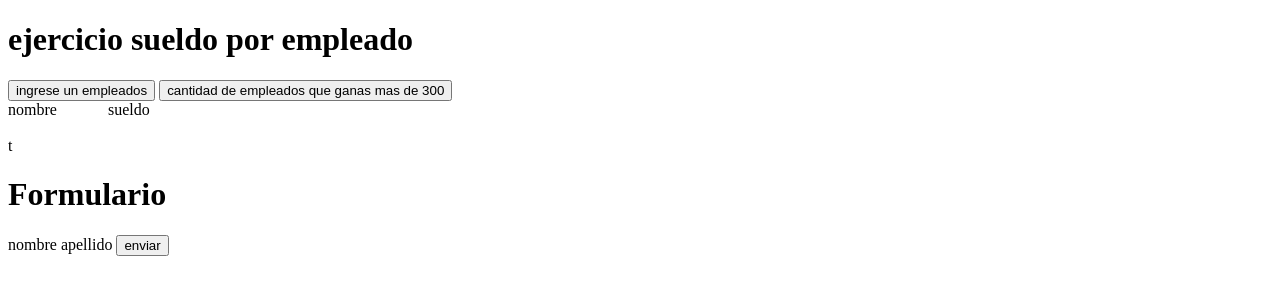
Repository: wolfmarcos/Ej-FormSesionEmpleados
Page: sueldoempleado.html
These files come from the project's save history. The page is drawn as it stood at one moment and after the next save; the edit follows.
The browser window is 1280 px wide. The pictures show the whole page.

Above is the page before, as saved 2022-07-26 12:08:55.

### sueldoempleado.html
<!DOCTYPE html>
<html lang="en">
<head>
    <meta charset="UTF-8">
    <meta http-equiv="X-UA-Compatible" content="IE=edge">
    <meta name="viewport" content="width=device-width, initial-scale=1.0">
    <link rel="stylesheet" href="ej1.css">
    <title>Document</title>
</head>
<body>
    <h1>ejercicio sueldo por empleado</h1>
    <button id="agregarHTML">ingrese un empleados</button>

    <button id="empleadosMas300">cantidad de empleados que ganas mas de 300 </button>

    <div class="contenedorR">
        <div>nombre</div>
        <div>sueldo</div>
        <div class="datos"></div>

</div>


    <script src="ej1.js"></script>
</body>

<div>
<br>
t
<h1>Formulario</h1>
    <form action="./ej1.js" name="form" method="post">
<leibel>nombre</leibel>
<imput type=text maxlengt="30" placeholder="nombre"></imput>

<leibel>apellido</leibel>
<imput ></imput>

<button type="submit"> enviar</button>
    </form>


</div>



</html>

### ej1.css
.contenedorR{ display: grid;

    grid-template-columns: repeat(2 ,100px)}

### ej1.js
// En una empresa trabajan n empleados cuyos  nombre y sueldo se carga por un formulario desde el celular. sueldos oscilan entre $100 y $500,
//  realizar un programa que lea los sueldos que cobra cada empleado e informe cuántos empleados cobran menos de  $200  en una tabla y mas de $300  en otra tabla
//  recuerde cargar los datos como  un nuevo objeto. Además el programa deberá informar el importe que gasta la empresa en sueldos total del personal.
let aprobados = 0;
let i= 0;
let repeticion = true;
resu=document.querySelector(".contenedorR2")

datos=document.querySelector(".datos")
// let arrayDesaprobados = []
const empleados = [];
let resud="";

// let emp = new Empleados;
document.querySelector("#agregarHTML").addEventListener("click", (e) => {


    while(repeticion == true){
        let nombre= prompt("empleado: ");
        let sueldo= parseInt(prompt("sueldo: "));
        //   empleados[i]=[nombre,sueldo,(i+"pepito") ] ;
        //  empleados[i].push(nombre,sueldo );
        empleados[i]={nomebres:nombre,sueldos:sueldo,id:(i+"pepito") }
        i = i + 1;
        repeticion=confirm("ingresar otro  empleado")
    };
    //   Object.values()
    for (let cada of empleados){console.log(cada.sueldos);};


});


// empleados.forEach( cada => console.log( cada["nomebres"]));


document.querySelector("#empleadosMas300").addEventListener("click", (e) => {
    console.log(typeof empleados[0].sueldos)
const emas300= empleados.filter((x)=>x.sueldos>300)
console.log(emas300)
for (let cada of emas300){console.log( cada[1]);};


for (n of emas300){
    resud+= `<div>${n.nomebres}</div>  <div>${n.sueldos}</div>`
    // '<div>'+n.nomebres+'</div>'+'<div>'+n.sueldos+'</div>'
    ___________________________
    //     <div>${n.nomebres}</div>
    //      <div>${n.sueldos}</div>
    ___________________________

console.log(resud)

}
___________________________
// datos.outerHTML=
// `<div class="contenedorR">
// <div>nombre</div>
// <div>sueldo</div>
// ${resud}
// </div>`
___________________________
datos.outerHTML=resud;



})



 // let sueldo= parseFloat(prompt("suldo: "));
        //  new emp(nombre,sueldo)

// console.log("aprobaron: " + aprobados)
// console.log(arrayAprobados);
// console.log("desaprobaron: " + desaprobados)
// console.log(arrayDesaprobados);

After the next save:
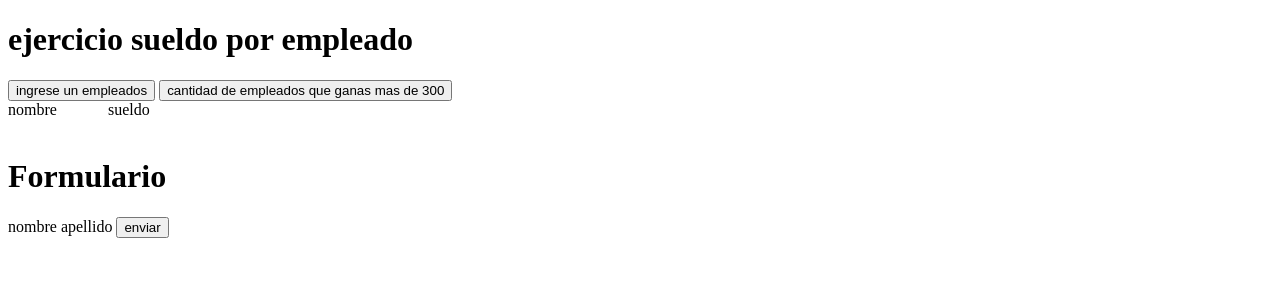
Saved 13 s later.
--- a/sueldoempleado.html
+++ b/sueldoempleado.html
@@ -26,7 +26,7 @@
 
 <div>
 <br>
-t
+<tt></tt>
 <h1>Formulario</h1>
     <form action="./ej1.js" name="form" method="post">
 <leibel>nombre</leibel>

After the 3 saves that followed:
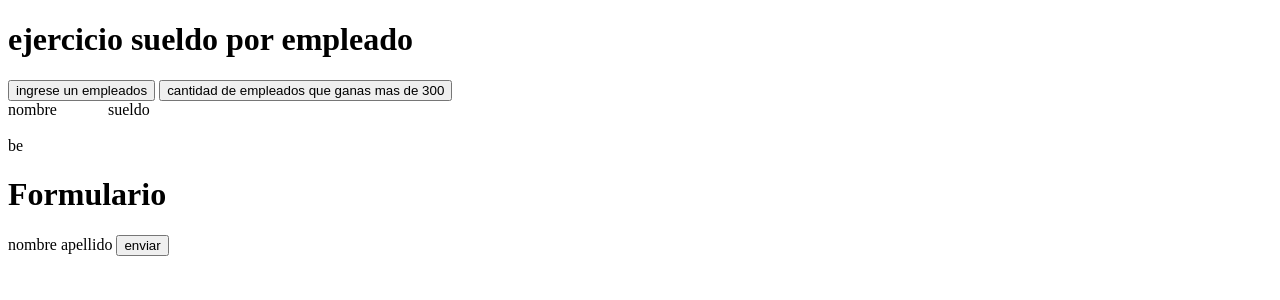
The 3 saves are shown as one change because 1 left the picture as it was and some came seconds apart.
The last was saved 21 s later.
--- a/sueldoempleado.html
+++ b/sueldoempleado.html
@@ -26,7 +26,7 @@
 
 <div>
 <br>
-<tt></tt>
+be
 <h1>Formulario</h1>
     <form action="./ej1.js" name="form" method="post">
 <leibel>nombre</leibel>
